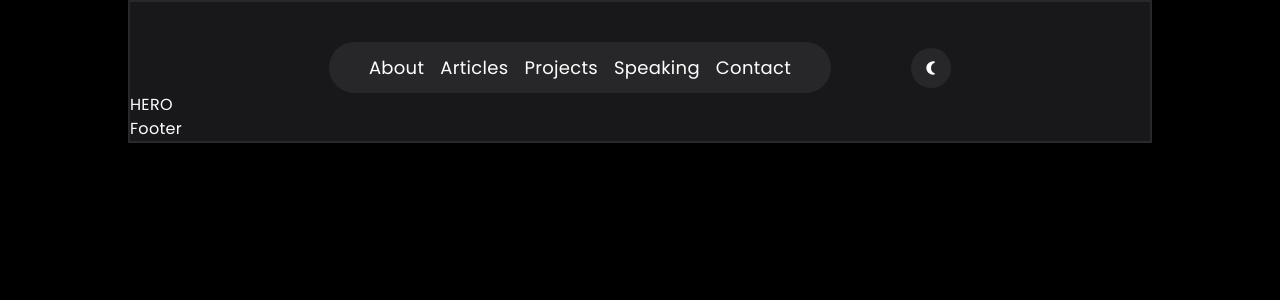
Repository: Wafaabahgat/Portfolio
Page: /
An editor plug-in stored every save of this project. The page is shown before and after the next save, followed by the edit.
The browser window is 1280 px wide. The pictures show the whole page.
The project was rebuilt for these pictures with package versions that can differ from the ones it lists, and the page was loaded fresh each time. Also part of the build but not shown: vite.config.ts, src/App.css, src/ErrorPage.tsx.

Above is the page before, as saved 2023-12-08 01:21:43.

After the next save:
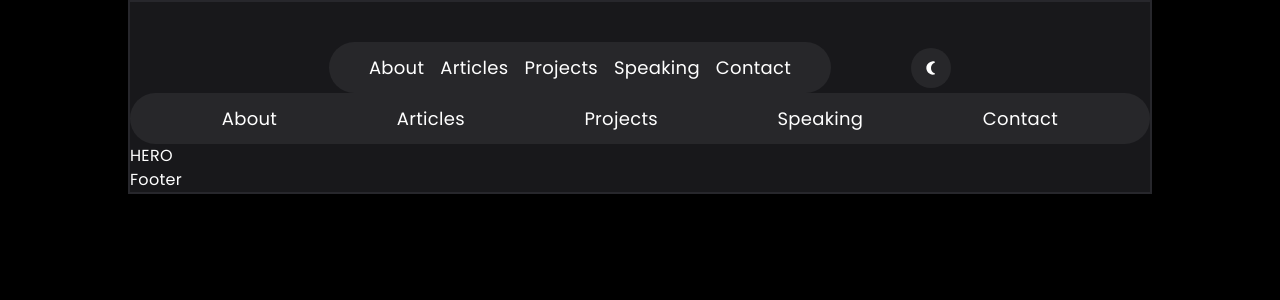
Saved 16 s later.
--- a/src/components/layouts/Header.tsx
+++ b/src/components/layouts/Header.tsx
@@ -59,7 +59,18 @@ const Header: FC<HeaderProps> = () => {
           </div>
         </div>
         <div>
-
+        <nav className="">
+            <ul className="md:flex hidden py-3 gap-4 px-10 bg-bg-header rounded-full ">
+              {links?.map((e, i) => (
+                <li
+                  key={i}
+                  className="capitalize md:text-[18px] text-[14px] mx-auto hover:text-main-light hover:text-[20px]"
+                >
+                  <a href={e?.href}>{e?.name}</a>
+                </li>
+              ))}
+            </ul>
+          </nav>
         </div>
       </div>
     </>
